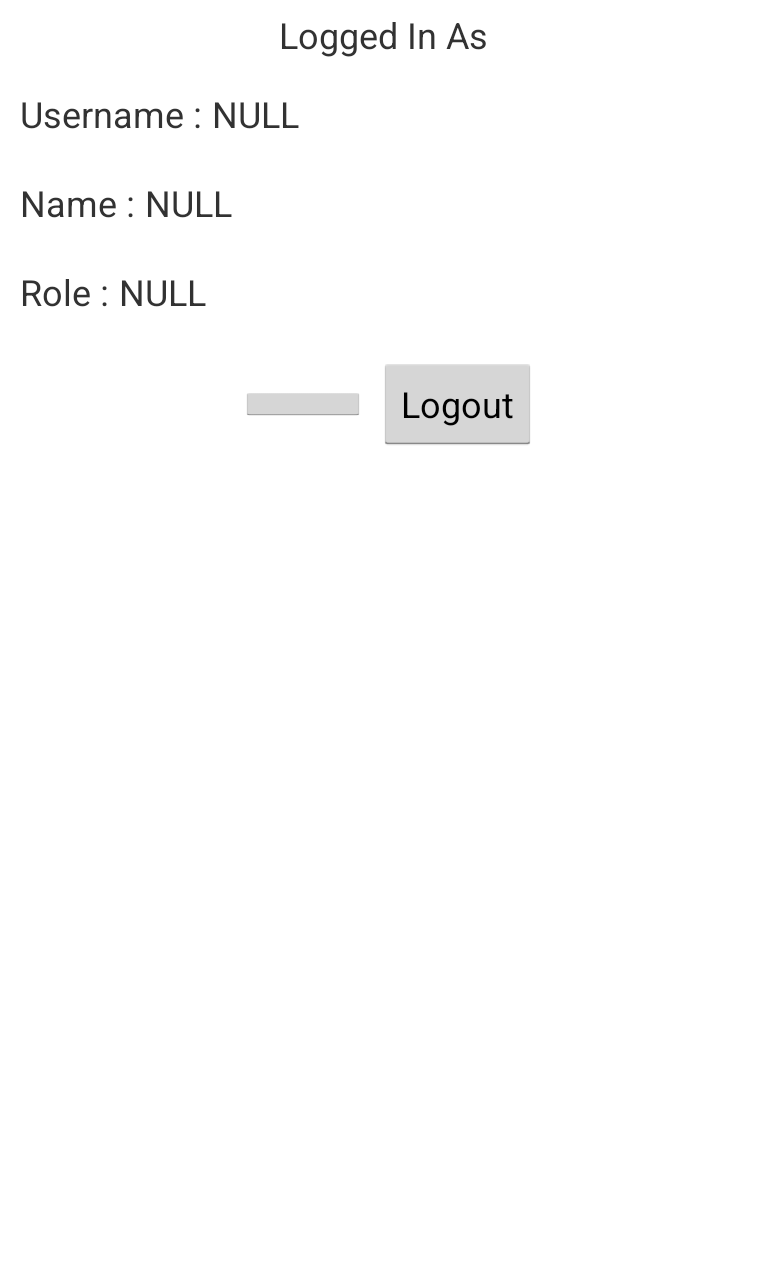
Repository: LennoxAlexion/UID
Layout: Android App/Uid-Project/res/layout/activity_sec_page.xml
The author's editor kept a copy of each file at every save. The layout is drawn from the files as they stood at one save, then again after the next save.
It is drawn on a 768 x 1280 px phone screen (xhdpi) without system bars, with theme AppTheme; the app's code is not run.

Above is the layout before, as saved 2015-03-29 06:20:07.

After the next save:
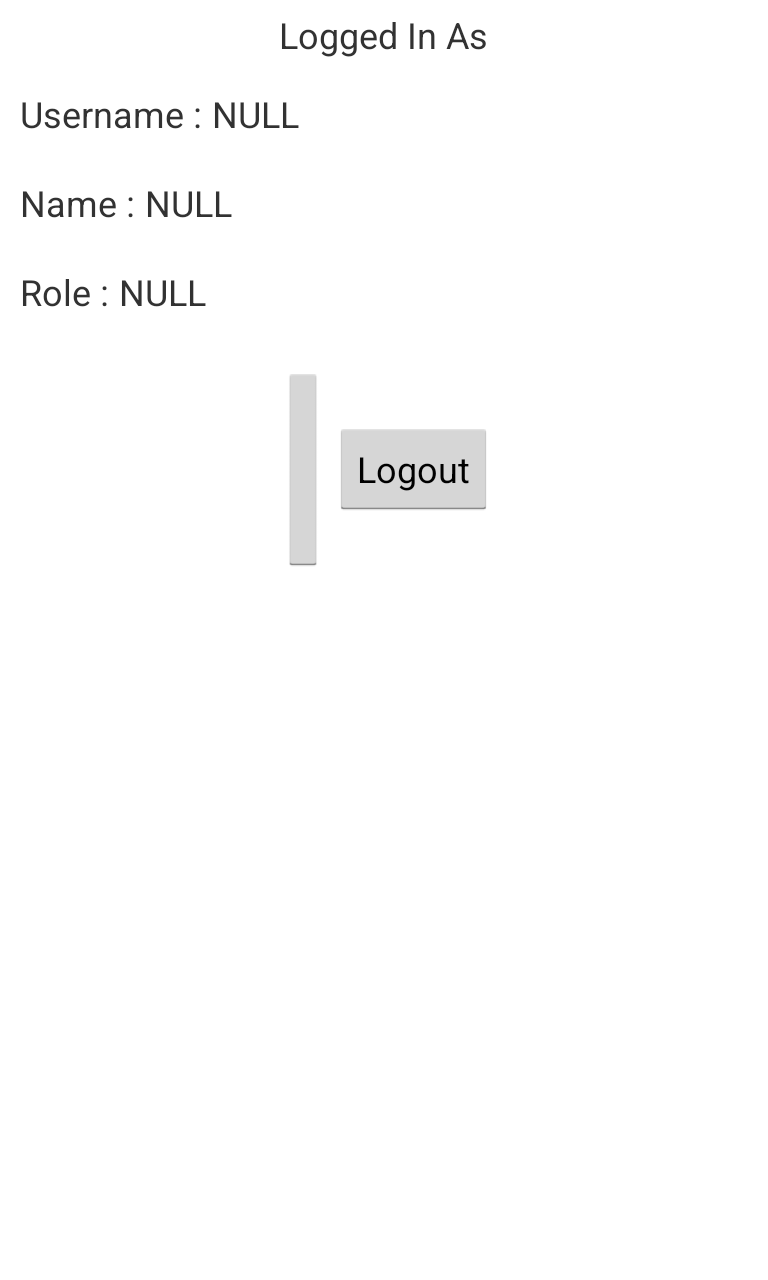
Saved 8 s later.
--- a/Android App/Uid-Project/res/layout/activity_sec_page.xml
+++ b/Android App/Uid-Project/res/layout/activity_sec_page.xml
@@ -89,8 +89,8 @@
         android:gravity="center">
     <Button
         android:id="@+id/Button_Sec_Page_Scan"
-        android:layout_width="wrap_content"
-        android:layout_height="15dp"
+        android:layout_width="20dp"
+        android:layout_height="wrap_content"
         android:text="Scan"
         android:layout_margin="5dp"/>
 
